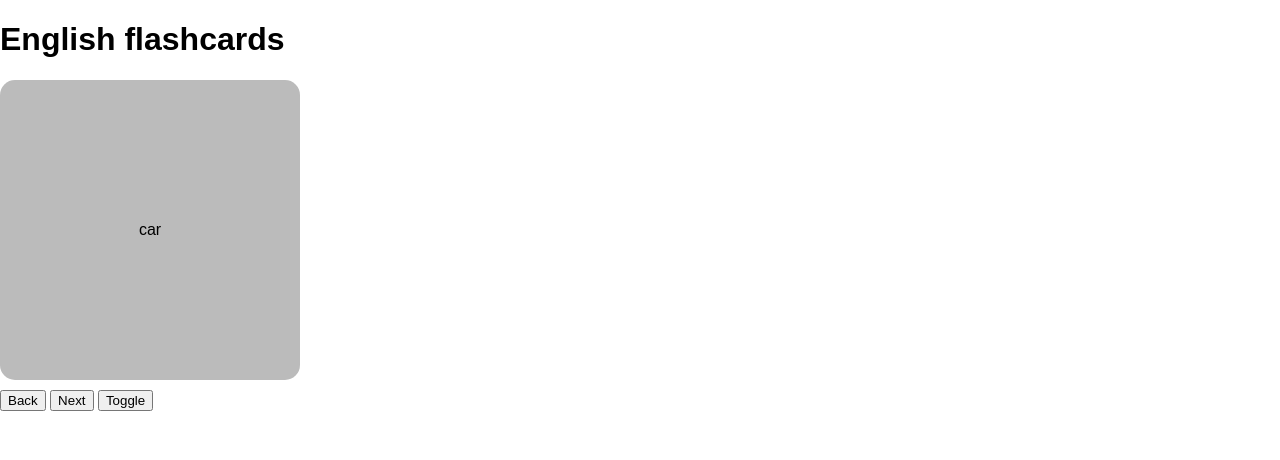
Repository: AdrianGizycki/English-Flashcards
Page: index.html
These files come from the project's save history. The page is drawn as it stood at one moment and after the next save; the edit follows.
The browser window is 1280 px wide. The pictures show the whole page.

Above is the page before, as saved 2019-09-15 12:43:37.

After the next save:
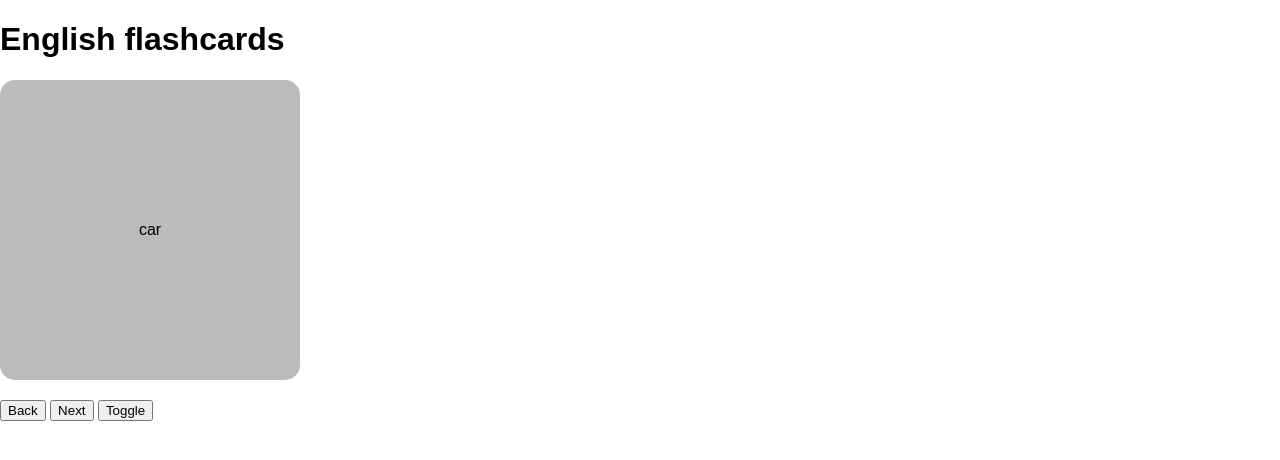
Saved 9 s later.
--- a/style.css
+++ b/style.css
@@ -55,5 +55,5 @@ body {
   .btn1,
   .btn2,
   .btn3 {
-      margin-top: 10px;
+      margin-top: 20px;
   }
